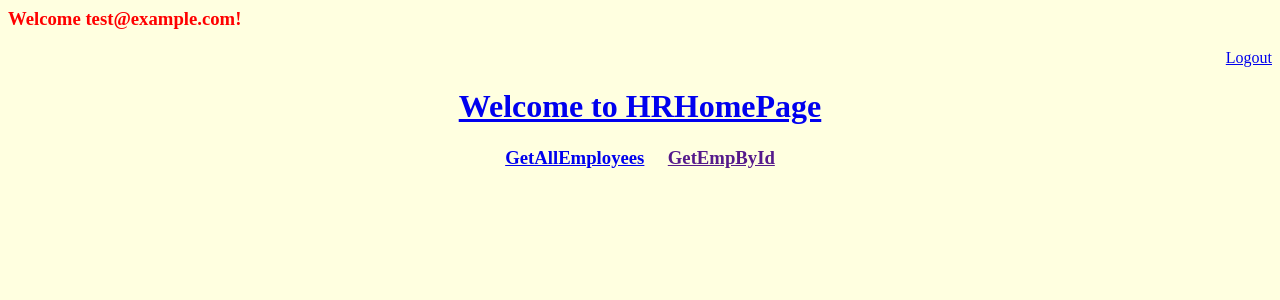
Repository: rajeshyadav3/Advjava
Page: http://localhost/EmpWebApp/HRHomePage
These files come from the project's save history. The page is drawn as it stood at one moment and after the next save; the edit follows.
The browser window is 1280 px wide. The pictures show the whole page.
The page is served by Tomcat 9. The session is filled in as if someone had signed in: {"emailId": "test@example.com"}. Other server files are loaded and not shown.

Above is the page before, as saved 2024-01-05 11:35:56.

### workspace2/EmpWebApp/src/com/web/HRHomePage.java
package com.web;

import java.io.IOException;
import java.io.PrintWriter;

import javax.servlet.ServletException;
import javax.servlet.annotation.WebServlet;
import javax.servlet.http.HttpServlet;
import javax.servlet.http.HttpServletRequest;
import javax.servlet.http.HttpServletResponse;
import javax.servlet.http.HttpSession;


@WebServlet("/HRHomePage")
public class HRHomePage extends HttpServlet {

	protected void doGet(HttpServletRequest request, HttpServletResponse response) throws ServletException, IOException {

		response.setContentType("text/html");
		PrintWriter out = response.getWriter();

		//String emailId = request.getParameter("emailId");

		HttpSession session = request.getSession(false);
		String emailId = (String) session.getAttribute("emailId");

		out.println("<body bgcolor='lightyellow' text='green'>");

		//for username
		out.print("<h3 style='color:red;'>Welcome " + emailId + "!</h3>");

		//for Logout
		out.print("<form align='right'>");
		out.print("<a href='Logout'>Logout</>");
		out.print("<form>");


		out.println("<center>");
		out.println("<h1>Welcome to HRHomePage</h1>");

		out.println("<h3><a href='GetAllEmps'>GetAllEmployees</a> &nbsp; &nbsp;");
		out.println("<a href=''>GetEmpById</a>");
		out.println("</h3>");

		out.println("</center>");
		out.println("</body>");
	}


	protected void doPost(HttpServletRequest request, HttpServletResponse response) throws ServletException, IOException {

		doGet(request, response);
	}

}

After the next save:
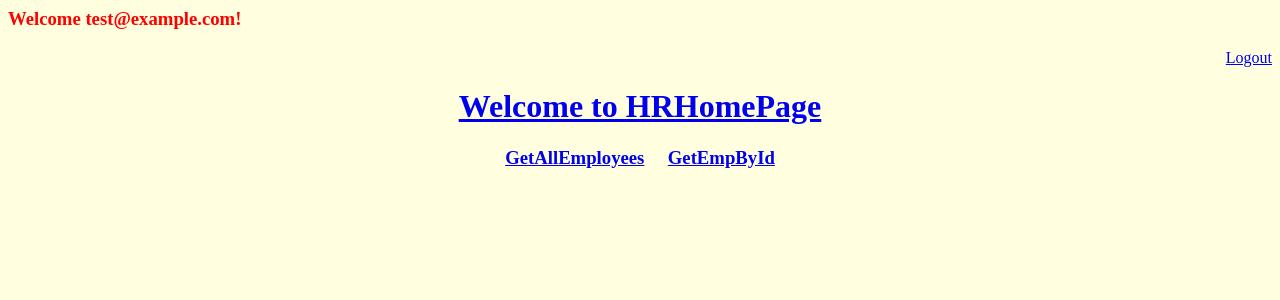
Saved 8 min 4 s later.
--- a/workspace2/EmpWebApp/src/com/web/HRHomePage.java
+++ b/workspace2/EmpWebApp/src/com/web/HRHomePage.java
@@ -39,8 +39,8 @@ public class HRHomePage extends HttpServlet {
 		out.println("<h1>Welcome to HRHomePage</h1>");
 
 		out.println("<h3><a href='GetAllEmps'>GetAllEmployees</a> &nbsp; &nbsp;");
-		out.println("<a href=''>GetEmpById</a>");
-		out.println("</h3>");
+		out.println("<a href='GetEmpById.html'>GetEmpById</a>");
+		out.println("</h3> <br/>");
 
 		out.println("</center>");
 		out.println("</body>");
